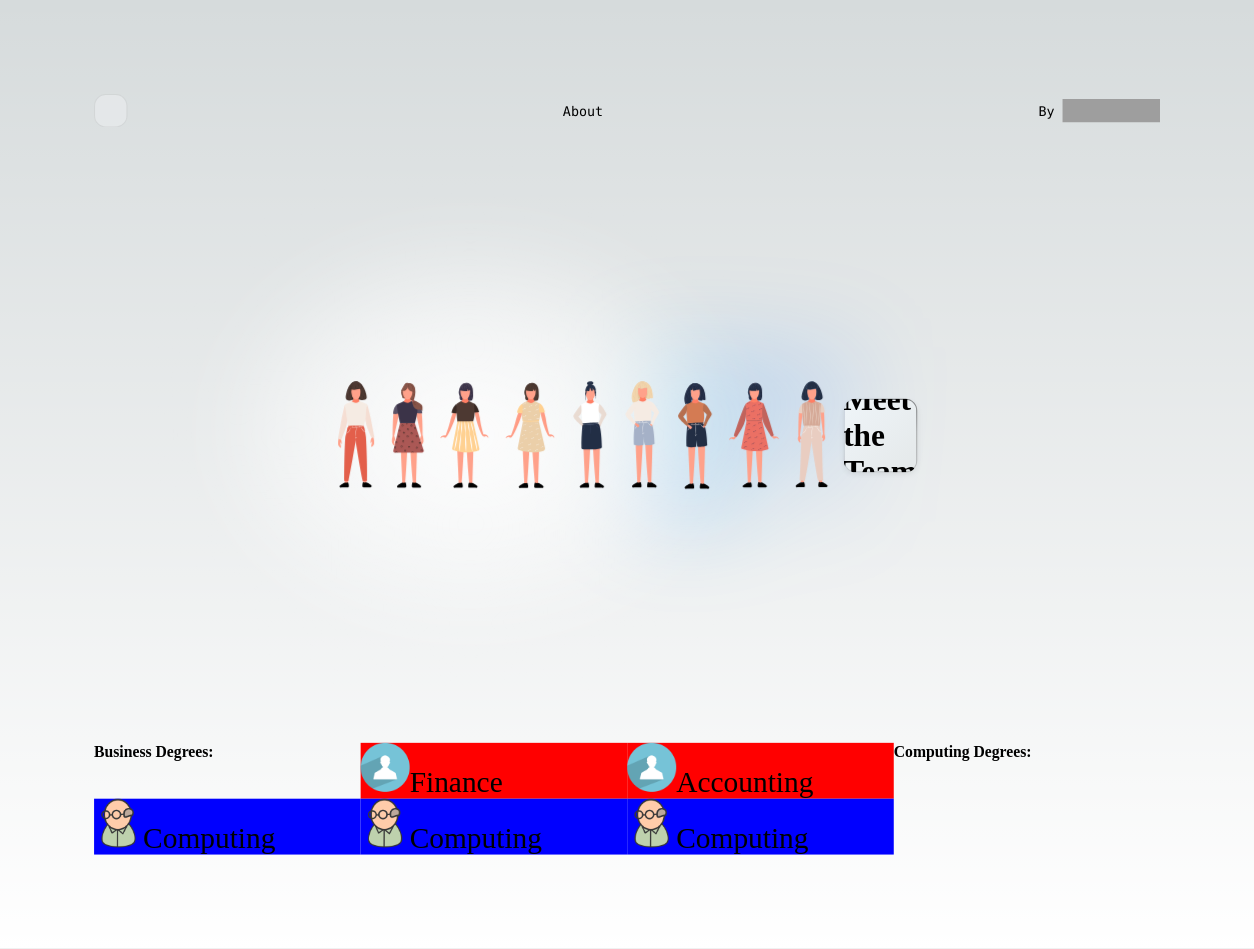
Repository: bguemos/week3example
Page: /
An editor plug-in stored every save of this project. The page is shown before and after the next save, followed by the edit.
The browser window is 1280 px wide. The pictures show the whole page, at 98% of full size.
Pictures or frames that could not be fetched are drawn as grey boxes. The project was rebuilt for these pictures with package versions that can differ from the ones it lists, and the page was loaded fresh each time. The framework's server and built-in components were replaced by stand-ins that run in the browser. Also part of the build but not shown: next.config.js.

Above is the page before, as saved 2023-01-18 12:09:42.

### pages/index.js
import Head from 'next/head'
import Image from 'next/image'
import { Inter } from '@next/font/google'
import styles from '@/styles/Home.module.css'
import data from '../data/education.json'
import { useState } from 'react'
import Card from '../components/Card'
import Link from 'next/link'

const inter = Inter({ subsets: ['latin'] })

export default function Home() {
    const [information, setInformation] = useState([...data])
     console.log(data);
  return (
    <>
      <Head>
        <title>The Office</title>
        <meta name="description" content="Generated by create next app" />
        <meta name="viewport" content="width=device-width, initial-scale=1" />
        <link rel="icon" href="/favicon.ico" />
      </Head>
      <main className={styles.main}>
        <div className={styles.description}>
          <p>

            <code className={styles.code}></code>
          </p>
          <Link href="About">About</Link>
          <div>
            <a
              href="https://vercel.com?utm_source=create-next-app&utm_medium=default-template&utm_campaign=create-next-app"
              target="_blank"
              rel="noopener noreferrer"
            >
              By{' '}
              <Image
                src="/vercel.svg"
                alt="Vercel Logo"
                className={styles.vercelLogo}
                width={100}
                height={24}
                priority
              />
            </a>
          </div>
        </div>

        <div className={styles.center}>
          <Image
            className={styles.logo}
            src="/women.svg"
            alt="womanLogo"
            width={500}
            height={500}
            priority
          />
          <div className={styles.thirteen}>
            <h1> Meet the Team </h1>
          </div>
        </div>

        <div className={styles.grid}>
          <b> Business Degrees: </b>
          {information && information.map((info, index) => {
            if(info.department === "Business"){
              return(
                <Card key={index} degree={info.degree} colour="red" font="30px"/>
              )
            }
           })}
           <b> Computing Degrees:</b>
           {information && information.map((info, index) => {
            if(info.department === "Computing"){
              return(
              <Card key={index} degree={info.department} colour="blue" font="30px"/>
              )
            }
            })}
        </div>
      </main>
    </>
  )
}

### styles/Home.module.css
.main {
  display: flex;
  flex-direction: column;
  justify-content: space-between;
  align-items: center;
  padding: 6rem;
  min-height: 100vh;
}

.description {
  display: inherit;
  justify-content: inherit;
  align-items: inherit;
  font-size: 0.85rem;
  max-width: var(--max-width);
  width: 100%;
  z-index: 2;
  font-family: var(--font-mono);
}

.description a {
  display: flex;
  justify-content: center;
  align-items: center;
  gap: 0.5rem;
}

.description p {
  position: relative;
  margin: 0;
  padding: 1rem;
  background-color: rgba(var(--callout-rgb), 0.5);
  border: 1px solid rgba(var(--callout-border-rgb), 0.3);
  border-radius: var(--border-radius);
}

.code {
  font-weight: 700;
  font-family: var(--font-mono);
}

.grid {
  display: grid;
  grid-template-columns: repeat(4, minmax(25%, auto));
  width: var(--max-width);
  max-width: 100%;
}

.card {
  padding: 1rem 1.2rem;
  border-radius: var(--border-radius);
  background: rgba(var(--card-rgb), 0);
  border: 1px solid rgba(var(--card-border-rgb), 0);
  transition: background 200ms, border 200ms;
}

.card span {
  display: inline-block;
  transition: transform 200ms;
}

.card h2 {
  font-weight: 600;
  margin-bottom: 0.7rem;
}

.card p {
  margin: 0;
  opacity: 0.6;
  font-size: 0.9rem;
  line-height: 1.5;
  max-width: 30ch;
}

.center {
  display: flex;
  justify-content: center;
  align-items: center;
  position: relative;
  padding: 4rem 0;
}

.center::before {
  background: var(--secondary-glow);
  border-radius: 50%;
  width: 480px;
  height: 360px;
  margin-left: -400px;
}

.center::after {
  background: var(--primary-glow);
  width: 240px;
  height: 180px;
  z-index: -1;
}

.center::before,
.center::after {
  content: '';
  left: 50%;
  position: absolute;
  filter: blur(45px);
  transform: translateZ(0);
}

.logo,
.thirteen {
  position: relative;
  width: 500px;
  height: 500px;
}

.thirteen {
  display: flex;
  justify-content: center;
  align-items: center;
  width: 75px;
  height: 75px;
  padding: 25px 10px;
  margin-left: 16px;
  transform: translateZ(0);
  border-radius: var(--border-radius);
  overflow: hidden;
  box-shadow: 0px 2px 8px -1px #0000001a;
}

.thirteen::before,
.thirteen::after {
  content: '';
  position: absolute;
  z-index: -1;
}

/* Conic Gradient Animation */
.thirteen::before {
  animation: 6s rotate linear infinite;
  width: 200%;
  height: 200%;
  background: var(--tile-border);
}

/* Inner Square */
.thirteen::after {
  inset: 0;
  padding: 1px;
  border-radius: var(--border-radius);
  background: linear-gradient(
    to bottom right,
    rgba(var(--tile-start-rgb), 1),
    rgba(var(--tile-end-rgb), 1)
  );
  background-clip: content-box;
}

/* Enable hover only on non-touch devices */
@media (hover: hover) and (pointer: fine) {
  .card:hover {
    background: rgba(var(--card-rgb), 0.1);
    border: 1px solid rgba(var(--card-border-rgb), 0.15);
  }

  .card:hover span {
    transform: translateX(4px);
  }
}

@media (prefers-reduced-motion) {
  .thirteen::before {
    animation: none;
  }

  .card:hover span {
    transform: none;
  }
}

/* Mobile */
@media (max-width: 700px) {
  .content {
    padding: 4rem;
  }

  .grid {
    grid-template-columns: 1fr;
    margin-bottom: 120px;
    max-width: 320px;
    text-align: center;
  }

  .card {
    padding: 1rem 2.5rem;
  }

  .card h2 {
    margin-bottom: 0.5rem;
  }

  .center {
    padding: 8rem 0 6rem;
  }

  .center::before {
    transform: none;
    height: 300px;
  }

  .description {
    font-size: 0.8rem;
  }

  .description a {
    padding: 1rem;
  }

  .description p,
  .description div {
    display: flex;
    justify-content: center;
    position: fixed;
    width: 100%;
  }

  .description p {
    align-items: center;
    inset: 0 0 auto;
    padding: 2rem 1rem 1.4rem;
    border-radius: 0;
    border: none;
    border-bottom: 1px solid rgba(var(--callout-border-rgb), 0.25);
    background: linear-gradient(
      to bottom,
      rgba(var(--background-start-rgb), 1),
      rgba(var(--callout-rgb), 0.5)
    );
    background-clip: padding-box;
    backdrop-filter: blur(24px);
  }

  .description div {
    align-items: flex-end;
    pointer-events: none;
    inset: auto 0 0;
    padding: 2rem;
    height: 200px;
    background: linear-gradient(
      to bottom,
      transparent 0%,
      rgb(var(--background-end-rgb)) 40%
    );
    z-index: 1;
  }
}

/* Tablet and Smaller Desktop */
@media (min-width: 701px) and (max-width: 1120px) {
  .grid {
    grid-template-columns: repeat(2, 50%);
  }
}

@media (prefers-color-scheme: dark) {
  .vercelLogo {
    filter: invert(1);
  }

  .logo,
  .thirteen img {
    filter: invert(1) drop-shadow(0 0 0.3rem #ffffff70);
  }
}

@keyframes rotate {
  from {
    transform: rotate(360deg);
  }
  to {
    transform: rotate(0deg);
  }
}

### data/education.json
[
        {
            "studentNumber": "A0004567",
            "firstName": "Person 1",
            "gpa": 3.8,
            "department": "Business",
            "degree": "Finance",
            "graduted": 2014
        },
        {
            "studentNumber": "A0001234",
            "firstName": "Person 2",
            "gpa": 3.5,
            "department": "Business",
            "degree": "Accounting",
            "graduted": 2010
        },
        {
            "studentNumber": "A0007890",
            "firstName": "Person 3",
            "gpa": 3.2,
            "department": "Computing",
            "degree": "Applied Software Development Certificate",
            "graduted": 2018
        },
        {
            "studentNumber": "A0007828",
            "firstName": "Person 4",
            "gpa": 3.9,
            "department": "Computing",
            "degree": "Computer Systems Diploma",
            "graduted": 2021
        },
        {
            "studentNumber": "A0003425",
            "firstName": "Person 5",
            "gpa": 3.2,
            "department": "Computing",
            "degree": "Applied Computer Information Systems Certificate",
            "graduted": 2021
        }
]

### components/Card/index.js
export default function Card({
    degree= "none",
    colour= "purple",
    font = "0",
    image = "icon/personTwo.png"
}) {
    return(
        <div style={{backgroundColor: colour, fontSize:font}}>
         {
            colour === "red" ? <img src={'icon/person.png'} width="50"/> :
            colour === "blue" ? <img src={'icon/personThree.png'} width="50"/>:
                                <img src={image} width="50" />
         }
         {degree}
        </div>
    )
}

Loaded but not shown: pages/_app.js (common file); pages/_document.js (common file); styles/globals.css (common file)

After the next save:
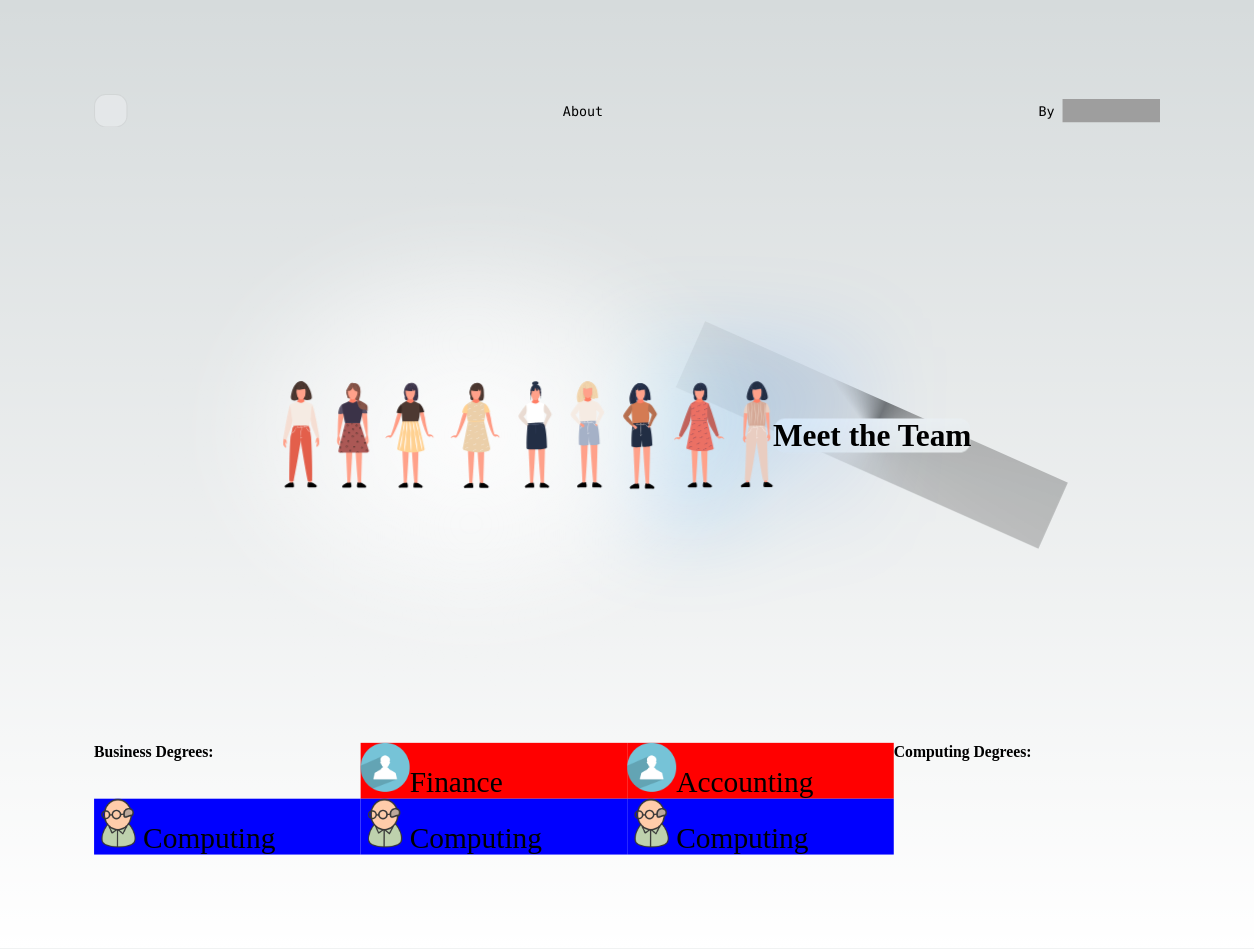
Saved 28 s later.
--- a/styles/Home.module.css
+++ b/styles/Home.module.css
@@ -107,22 +107,14 @@
 .logo,
 .thirteen {
   position: relative;
-  width: 500px;
-  height: 500px;
+
 }
 
 .thirteen {
   display: flex;
   justify-content: center;
   align-items: center;
-  width: 75px;
-  height: 75px;
-  padding: 25px 10px;
-  margin-left: 16px;
-  transform: translateZ(0);
-  border-radius: var(--border-radius);
-  overflow: hidden;
-  box-shadow: 0px 2px 8px -1px #0000001a;
+
 }
 
 .thirteen::before,
